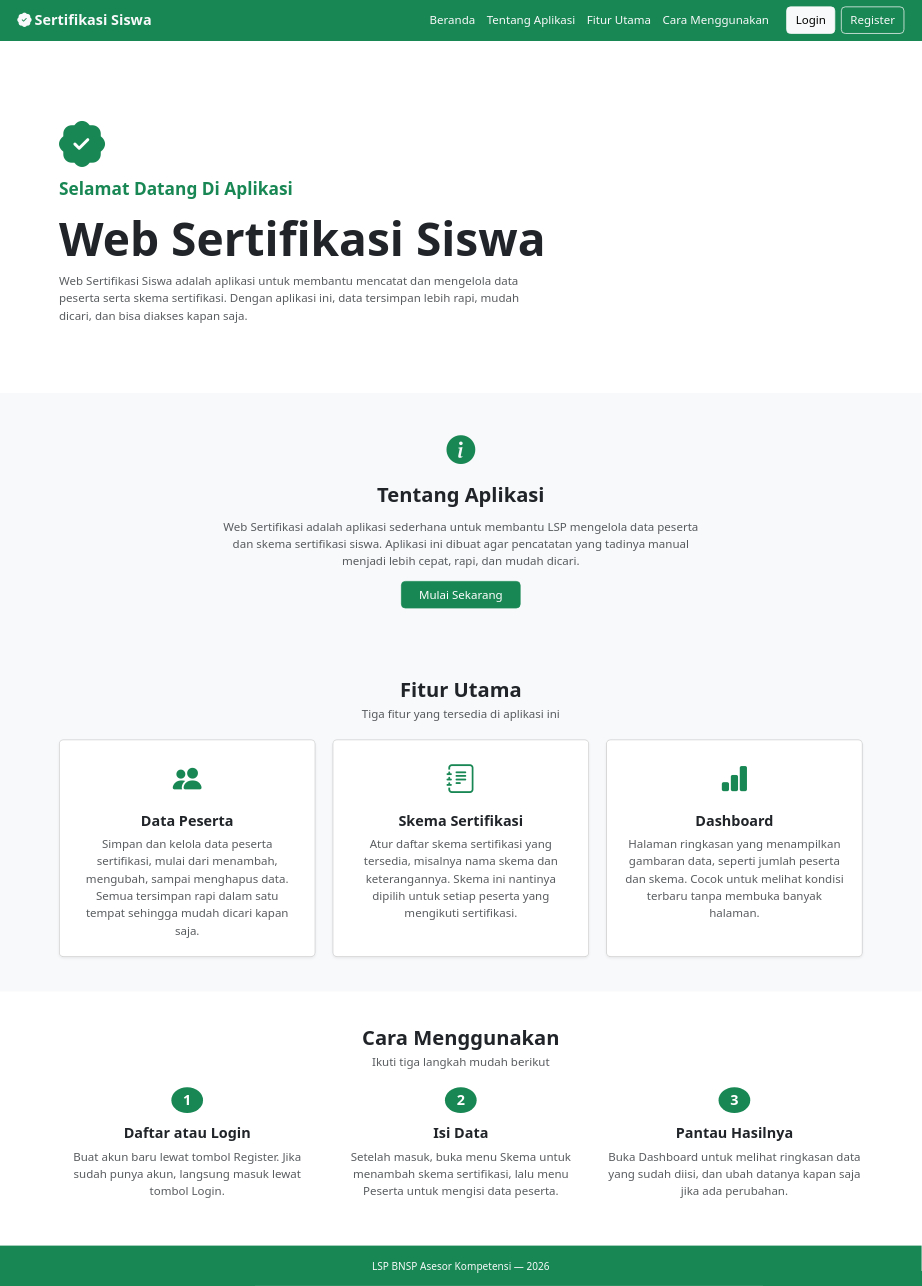
Repository: Zaki-Blip/USK_Project
Page: http://localhost/
The author's editor kept a copy of each file at every save. The page is drawn from the files as they stood at one save, then again after the next save.
The browser window is 1280 px wide. The pictures show the whole page, at 72% of full size.
The page is served by the project's Laravel application, run on PHP 8.4 with Laravel 12. Other server files are loaded and not shown.

Above is the page before, as saved 2026-10-13 04:38:13.

### routes/web.php
<?php

use Illuminate\Support\Facades\Route;
use App\Http\Controllers\AuthController;
use App\Http\Controllers\DashboardController;
use App\Http\Controllers\PesertaController;
use App\Http\Controllers\SkemaController;

// Halaman Awal (publik)
Route::view('/', 'halamanAwal')->name('halamanAwal');
Route::resource('peserta', PesertaController::class)->parameters(['peserta' => 'peserta']);
// Area Guest (belum login)
Route::middleware('guest')->group(function () {
    Route::get('/login', [AuthController::class, 'showLogin'])->name('login');
    Route::post('/login', [AuthController::class, 'login']);

    Route::get('/register', [AuthController::class, 'showRegister'])->name('register');
    Route::post('/register', [AuthController::class, 'register']);
});

// Area Terproteksi (sudah login)
Route::middleware('auth')->group(function () {
    Route::post('/logout', [AuthController::class, 'logout'])->name('logout');
    Route::get('/dashboard', [DashboardController::class, 'index'])->name('dashboard');

    Route::middleware('role:admin')->group(function () {
        Route::resource('peserta', PesertaController::class)->parameters(['peserta' => 'peserta']);
        Route::resource('skema', SkemaController::class);
    });
});

### resources/views/halamanAwal.blade.php
<!DOCTYPE html>
<html lang="id">
<head>
    <meta charset="UTF-8">
    <meta name="viewport" content="width=device-width, initial-scale=1">
    <title>Selamat Datang - Web Sertifikasi</title>
    <link href="https://cdn.jsdelivr.net/npm/bootstrap@5.3.0/dist/css/bootstrap.min.css" rel="stylesheet">
    <link href="https://cdn.jsdelivr.net/npm/bootstrap-icons@1.11.0/font/bootstrap-icons.css" rel="stylesheet">
    <style>
        html { scroll-behavior: smooth; }
        section { scroll-margin-top: 70px; } /* supaya judul tidak tertutup oleh navbar */
    </style>
</head>
<body class="bg-white">

<nav class="navbar navbar-expand-md bg-success sticky-top">
    <div class="container-fluid px-4">
        <a href="#beranda" class="navbar-brand fw-bold text-light">
            <i class="bi bi-patch-check-fill me-1"></i>Sertifikasi Siswa
        </a>
        <button class="navbar-toggler bg-light" type="button" data-bs-toggle="collapse" data-bs-target="#menu">
            <span class="navbar-toggler-icon"></span>
        </button>
        <div class="collapse navbar-collapse" id="menu">
            <ul class="navbar-nav ms-auto me-md-3">
                <li class="nav-item"><a class="nav-link text-light" href="#beranda">Beranda</a></li>
                <li class="nav-item"><a class="nav-link text-light" href="#tentang">Tentang Aplikasi</a></li>
                <li class="nav-item"><a class="nav-link text-light" href="#fitur">Fitur Utama</a></li>
                <li class="nav-item"><a class="nav-link text-light" href="#cara">Cara Menggunakan</a></li>
            </ul>
            <div class="d-flex gap-2 mt-2 mt-md-0">
                <a href="{{ route('login') }}" class="btn btn-light">Login</a>
                <a href="{{ route('register') }}" class="btn btn-outline-light">Register</a>
            </div>
        </div>
    </div>
</nav>
@if(session('sukses'))
    <div class="alert alert-success text-center mb-0 rounded-0">{{ session('sukses') }}</div>
@endif
<section id="beranda" class="container text-start py-5">
    <div class="py-5">
        <i class="bi bi-patch-check-fill text-success" style="font-size: 4rem;"></i>
        <h4 class="text-success fw-bold">Selamat Datang Di Aplikasi</h4>
        <h1 class="display-3 fw-bold mt-3">Web Sertifikasi Siswa</h1>
        <p class="text-muted mb-0" style="max-width: 650px;">
            Web Sertifikasi Siswa adalah aplikasi untuk membantu mencatat dan mengelola
            data peserta serta skema sertifikasi. Dengan aplikasi ini, data tersimpan
            lebih rapi, mudah dicari, dan bisa diakses kapan saja.
        </p>
    </div>
</section>
<section id="tentang" class="bg-light py-5">
    <div class="container text-center" style="max-width: 700px;">
        <i class="bi bi-info-circle-fill text-success" style="font-size: 2.5rem;"></i>
        <h3 class="fw-bold mt-3 mb-3">Tentang Aplikasi</h3>
        <p class="text-muted">
            Web Sertifikasi adalah aplikasi sederhana untuk membantu LSP mengelola data
            peserta dan skema sertifikasi siswa. Aplikasi ini dibuat agar pencatatan yang
            tadinya manual menjadi lebih cepat, rapi, dan mudah dicari.
        </p>
        <a href="{{ route('login') }}" class="btn btn-success px-4">Mulai Sekarang</a>
    </div>
</section>
<section id="fitur" class="bg-light py-5">
    <div class="container text-center">
        <h3 class="fw-bold mb-1">Fitur Utama</h3>
        <p class="text-muted mb-4">Tiga fitur yang tersedia di aplikasi ini</p>

        <div class="row g-4">
            <div class="col-md-4">
                <div class="card h-100 shadow-sm p-4">
                    <i class="bi bi-people-fill text-success" style="font-size: 2.5rem;"></i>
                    <h5 class="fw-bold mt-3">Data Peserta</h5>
                    <p class="text-muted mb-0">
                        Simpan dan kelola data peserta sertifikasi, mulai dari menambah,
                        mengubah, sampai menghapus data. Semua tersimpan rapi dalam satu tempat
                        sehingga mudah dicari kapan saja.
                    </p>
                </div>
            </div>
            <div class="col-md-4">
                <div class="card h-100 shadow-sm p-4">
                    <i class="bi bi-journal-text text-success" style="font-size: 2.5rem;"></i>
                    <h5 class="fw-bold mt-3">Skema Sertifikasi</h5>
                    <p class="text-muted mb-0">
                        Atur daftar skema sertifikasi yang tersedia, misalnya nama skema dan
                        keterangannya. Skema ini nantinya dipilih untuk setiap peserta yang
                        mengikuti sertifikasi.
                    </p>
                </div>
            </div>
            <div class="col-md-4">
                <div class="card h-100 shadow-sm p-4">
                    <i class="bi bi-bar-chart-fill text-success" style="font-size: 2.5rem;"></i>
                    <h5 class="fw-bold mt-3">Dashboard</h5>
                    <p class="text-muted mb-0">
                        Halaman ringkasan yang menampilkan gambaran data, seperti jumlah peserta
                        dan skema. Cocok untuk melihat kondisi terbaru tanpa membuka banyak halaman.
                    </p>
                </div>
            </div>
        </div>
    </div>
</section>

<section id="cara" class="container text-center py-5">
    <h3 class="fw-bold mb-1">Cara Menggunakan</h3>
    <p class="text-muted mb-4">Ikuti tiga langkah mudah berikut</p>

    <div class="row g-4">
        <div class="col-md-4">
            <span class="badge bg-success rounded-circle fs-5 px-3 py-2">1</span>
            <h5 class="fw-bold mt-3">Daftar atau Login</h5>
            <p class="text-muted">
                Buat akun baru lewat tombol Register. Jika sudah punya akun,
                langsung masuk lewat tombol Login.
            </p>
        </div>
        <div class="col-md-4">
            <span class="badge bg-success rounded-circle fs-5 px-3 py-2">2</span>
            <h5 class="fw-bold mt-3">Isi Data</h5>
            <p class="text-muted">
                Setelah masuk, buka menu Skema untuk menambah skema sertifikasi,
                lalu menu Peserta untuk mengisi data peserta.
            </p>
        </div>
        <div class="col-md-4">
            <span class="badge bg-success rounded-circle fs-5 px-3 py-2">3</span>
            <h5 class="fw-bold mt-3">Pantau Hasilnya</h5>
            <p class="text-muted">
                Buka Dashboard untuk melihat ringkasan data yang sudah diisi,
                dan ubah datanya kapan saja jika ada perubahan.
            </p>
        </div>
    </div>
</section>



<div class="bg-success text-light text-center py-3">
    <small>LSP BNSP Asesor Kompetensi — 2026</small>
</div>

<script src="https://cdn.jsdelivr.net/npm/bootstrap@5.3.0/dist/js/bootstrap.bundle.min.js"></script>
</body>
</html>

After the next save:
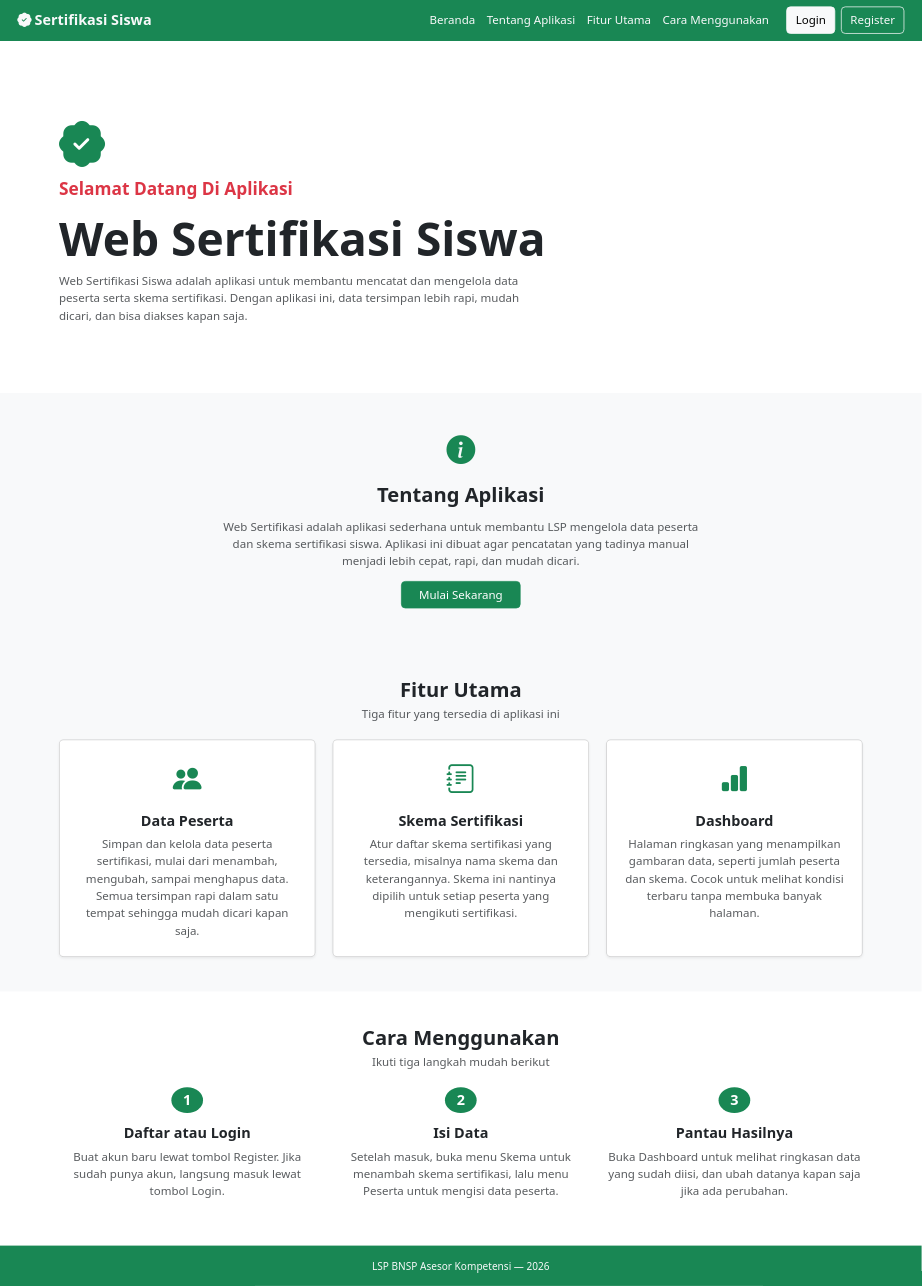
Saved 101 min 12 s later.
--- a/resources/views/halamanAwal.blade.php
+++ b/resources/views/halamanAwal.blade.php
@@ -41,7 +41,7 @@
 <section id="beranda" class="container text-start py-5">
     <div class="py-5">
         <i class="bi bi-patch-check-fill text-success" style="font-size: 4rem;"></i>
-        <h4 class="text-success fw-bold">Selamat Datang Di Aplikasi</h4>
+        <h4 class="text-danger fw-bold">Selamat Datang Di Aplikasi</h4>
         <h1 class="display-3 fw-bold mt-3">Web Sertifikasi Siswa</h1>
         <p class="text-muted mb-0" style="max-width: 650px;">
             Web Sertifikasi Siswa adalah aplikasi untuk membantu mencatat dan mengelola
